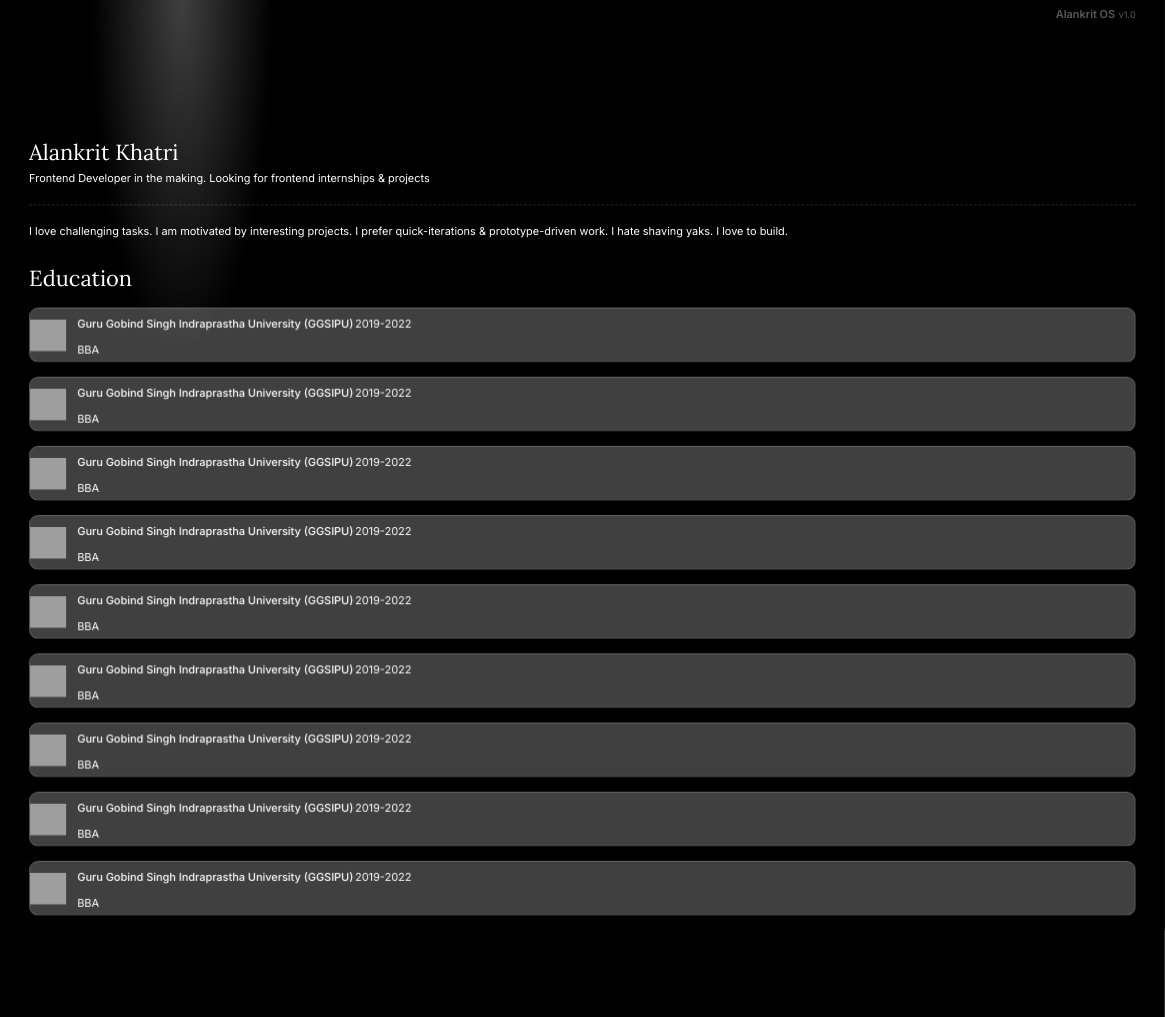
Repository: alankritkhatri/alankrit.xyz
Page: /
These files come from the project's save history. The page is drawn as it stood at one moment and after the next save; the edit follows.
The browser window is 1280 px wide. The pictures show the whole page, at 91% of full size.
Pictures or frames that could not be fetched are drawn as grey boxes. The project was rebuilt for these pictures with package versions that can differ from the ones it lists, and the page was loaded fresh each time. Also part of the build but not shown: vite.config.js, src/blog.jsx.

Above is the page before, as saved 2024-08-11 21:09:28.

### index.html
<!DOCTYPE html>
<html lang="en">
  <head>
    <meta charset="UTF-8" />

    <link rel="icon" type="image/svg+xml" href="/vite.svg" />
    <link rel="preconnect" href="https://fonts.googleapis.com" />
    <link rel="preconnect" href="https://fonts.gstatic.com" crossorigin />
    <link
      href="https://fonts.googleapis.com/css2?family=Inter:wght@100..900&display=swap"
      rel="stylesheet"
    />

    <link
      href="https://fonts.googleapis.com/css2?family=Lora:ital,wght@0,400..700;1,400..700&display=swap"
      rel="stylesheet"
    />
    <!-- Linkedin link -->
    <script
      src="https://platform.linkedin.com/badges/js/profile.js"
      async
      defer
      type="text/javascript"
    ></script>
<meta name="viewport" content="width=device-width, initial-scale=1.0">
    <title>AlankritOS</title>
  </head>
  <body>
    <div id="root"></div>
    <script type="module" src="/src/main.jsx"></script>
  </body>
</html>

### src/App.jsx
import "./App.css";
import { BrowserRouter as Router, Routes, Route, Link } from "react-router-dom";
import Blog from "./blog";
import Home from "./pages/Home/Home";
const App = () => {
  return (
    <div className="main">
      <Router>
        <Link to="/">
          <div className="logo">
            <h1>Alankrit OS</h1>
            <span>v1.0</span>
          </div>
        </Link>
        <Routes>
          <Route path="/" element={<Home />} />
          <Route path="blog" element={<Blog />} />
        </Routes>
      </Router>
    </div>
  );
};

export default App;

### src/App.css
* {
  margin: 0px;
  padding: 0px;
  box-sizing: border-box;
  font-family: Inter, Haettenschweiler, "Arial Narrow Bold", sans-serif;
}

body,html{
  min-height: 100vh;
background: radial-gradient(100px 400px at 200px -10px, #404040, #000000)
}
.main {



  h1 {
    line-height: 32px;
  }
  h2 {
    line-height: 24px;
  }
  h3 {
    line-height: 16px;
  }
  p {
    line-height: 24px;
  }
  color: white;

  padding: 0px 32px;
  a {
    text-decoration: none;
  }
  .logo {
    color: rgba(126, 121, 121, 0.726);
    display: flex;
    align-items: center;
    justify-content: flex-end;
    gap: 4px;

    font-family: monospace;
    animation: flicker 2s infinite;
    h1 {
      font-size: 12px;
      font-weight: 600;
    }
    span {
      font-size: 10px;
      font-weight: 400;
    }
  }
}
/* logo flickr animation */
@keyframes flicker {
  0% {
    opacity: 0;
  }
  9% {
    opacity: 0;
  }
  10% {
    opacity: 0.5;
  }
  13% {
    opacity: 0;
  }
  20% {
    opacity: 0.5;
  }
  25% {
    opacity: 1;
  }
}

### src/pages/Home/Home.jsx
import Infosection from "../../components/Info-Section/Infosection.jsx";
import "./Home.css";
import data from "../../alankrit_data/data.json";
const Home = () => {
  return (
    <div className="home">
      <div
        className="badge-base LI-profile-badge"
        data-locale="en_US"
        data-size="medium"
        data-theme="dark"
        data-type="VERTICAL"
        data-vanity="alankrit-khatri"
        data-version="v1"
      >
        {" "}
        </div>

      <div className="about-section">
        <h1 className="name">Alankrit Khatri</h1>
        <p>
          Frontend Developer in the making. Looking for frontend internships &
          projects
        </p>
        <div className="dashed-line"></div>
        <p>
          I love challenging tasks. I am motivated by interesting projects. I
          prefer quick-iterations & prototype-driven work. I hate shaving yaks.
          I love to build.
        </p>
      </div>
      <div className="education-section">
        <h1>Education</h1>
        <Infosection {...data} />
        <Infosection {...data} />
        <Infosection {...data} />
        <Infosection {...data} />
        <Infosection {...data} />
        <Infosection {...data} />
        <Infosection {...data} />
        <Infosection {...data} />
        <Infosection {...data} />



        {console.log(data)}
      </div>
    </div>
  );
};

export default Home;

### src/components/Info-Section/Infosection.jsx
import "./infoSection.css";
const Infosection = (props) => {
  return (
    <>
      <div className="infosection-details">
        <img
          src={props[0].educationDetails.bachelors.logo}
          alt=""
          style={{ width: "40px", height: "35px" }}
        />
        <div className=" infosection-info">
          <div className="infosection-info-top ">
            <h2 style={{ opacity: "1", fontWeight: "500" }}>
              {props[0].educationDetails.bachelors.schoolName}
            </h2>
            <div className="dashed-line"></div>
            <h2> {props[0].educationDetails.bachelors.schoolYears} </h2>
          </div>

          <div className="infosection-info-bottom">
            <h2> {props[0].educationDetails.bachelors.course}</h2>
          </div>
        </div>
      </div>
    </>
  );
};

export default Infosection;

### src/pages/Home/Home.css
.home {
  margin: 96px 0px;
  display: flex;
  flex-direction: column;
  gap: 24px;
  /* dashed line  */
  .dashed-line {
    margin: 16px 0px;
    opacity: 0.1;
    border-width: 1px;
    border-style: dashed;
    color: rgb(255 255 255);
  }
  .hide {
    display: none;
  }
  h1 {
    font-family: "Lora", serif;
    font-size: 24px;
    font-weight: 400;
  }
  h2 {
    font-size: 12px;
    font-style: normal;
    font-weight: 400;
  }
  h3 {
    font-size: 10px;
    font-style: normal;
    font-weight: 300;
  }
  p {
    font-size: 12px;
  }
  .about-section {
    display: flex;
    flex-direction: column;
    .name {
      line-height: 32px;
    }
  }
}

### src/alankrit_data/data.json
[
  {
    "educationDetails": {
      "className": "education-details",
      "bachelors": {
        "schoolName": "Guru Gobind Singh Indraprastha University (GGSIPU)",
        "schoolYears": "2019-2022",
        "course": "BBA",
        "logo": "https://encrypted-tbn0.gstatic.com/images?q=tbn:ANd9GcRM9GNTFenU_T9caTwA63o86iaVHMnf9eeEPw&s"
      },
      "masters": {
        "schoolName": "Guru Gobind Singh Indraprastha University (GGSIPU)",
        "schoolYears": "2019-2022",
        "logo": "https://encrypted-tbn0.gstatic.com/images?q=tbn:ANd9GcRM9GNTFenU_T9caTwA63o86iaVHMnf9eeEPw&s"
      }
    }
  }
]

### src/components/Info-Section/infoSection.css
.infosection-details {
  background: rgba(255, 255, 255, 0.25);
  -webkit-backdrop-filter: blur(4px);
  border-radius: 10px;
  border: 1px solid rgba(255, 255, 255, 0.18);
  backdrop-filter: blur(10px);
  backdrop-filter: saturate(180%) blur(10px);
  display: flex;
  align-items: center;
  gap: 12px;
  margin: 16px 0px;

  .infosection {
    width: 100%;
    min-width: 80%;
    * {
      line-height: 16px;
    }
    h3 {
      letter-spacing: -0.26px;
      opacity: 0.5;
    }
    h2 {
      opacity: 0.5;
    }
  }
  .infosection-info-top {
    display: flex;
    justify-content: space-between;
    align-items: center;
  }
}

Loaded but not shown: src/main.jsx (common file)

After the next save:
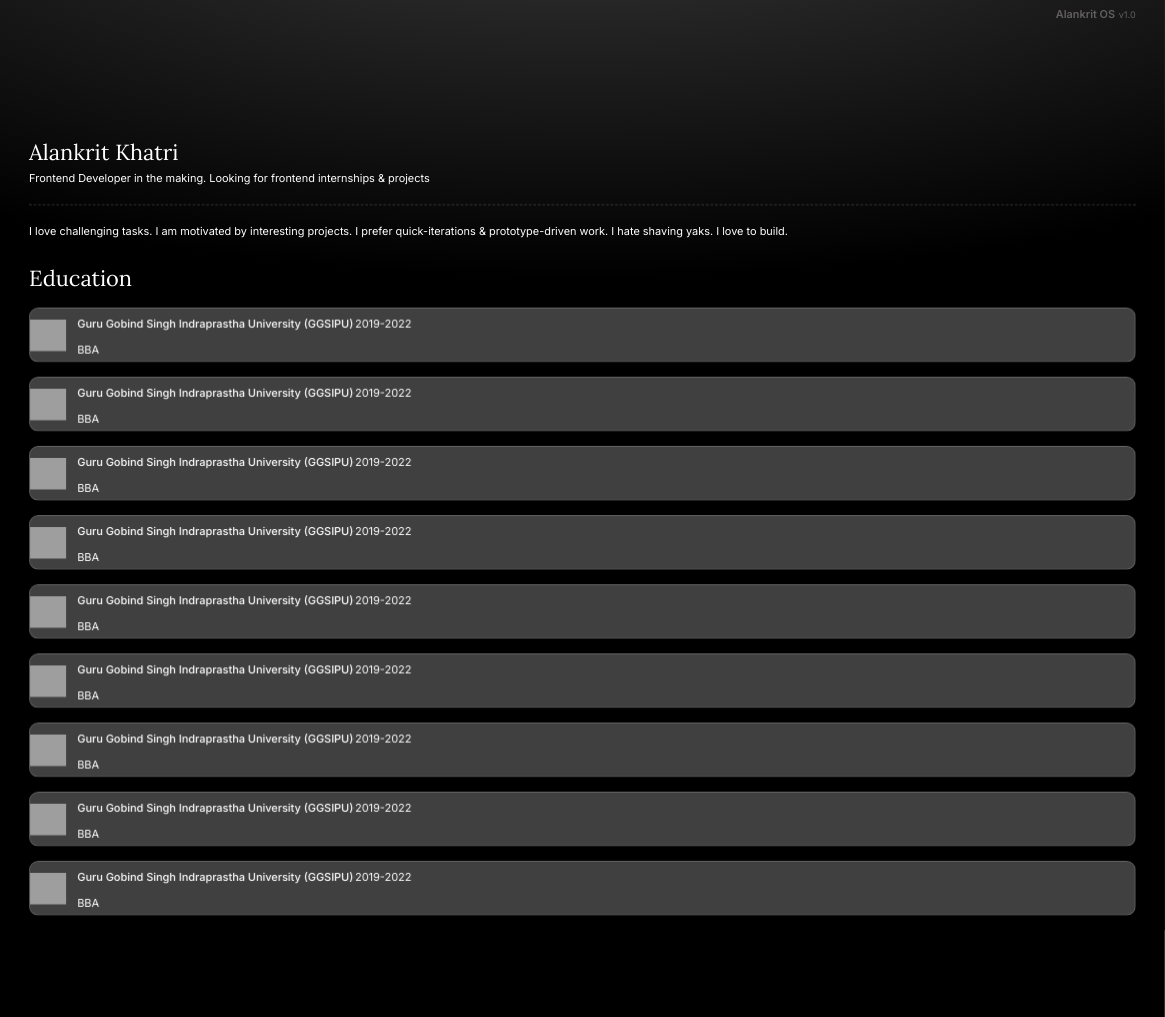
Saved 15 s later.
--- a/src/App.css
+++ b/src/App.css
@@ -7,7 +7,7 @@
 
 body,html{
   min-height: 100vh;
-background: radial-gradient(100px 400px at 200px -10px, #404040, #000000)
+background: radial-gradient(100% 50% at 50% -20%, #404040, #000000)
 }
 .main {
 
